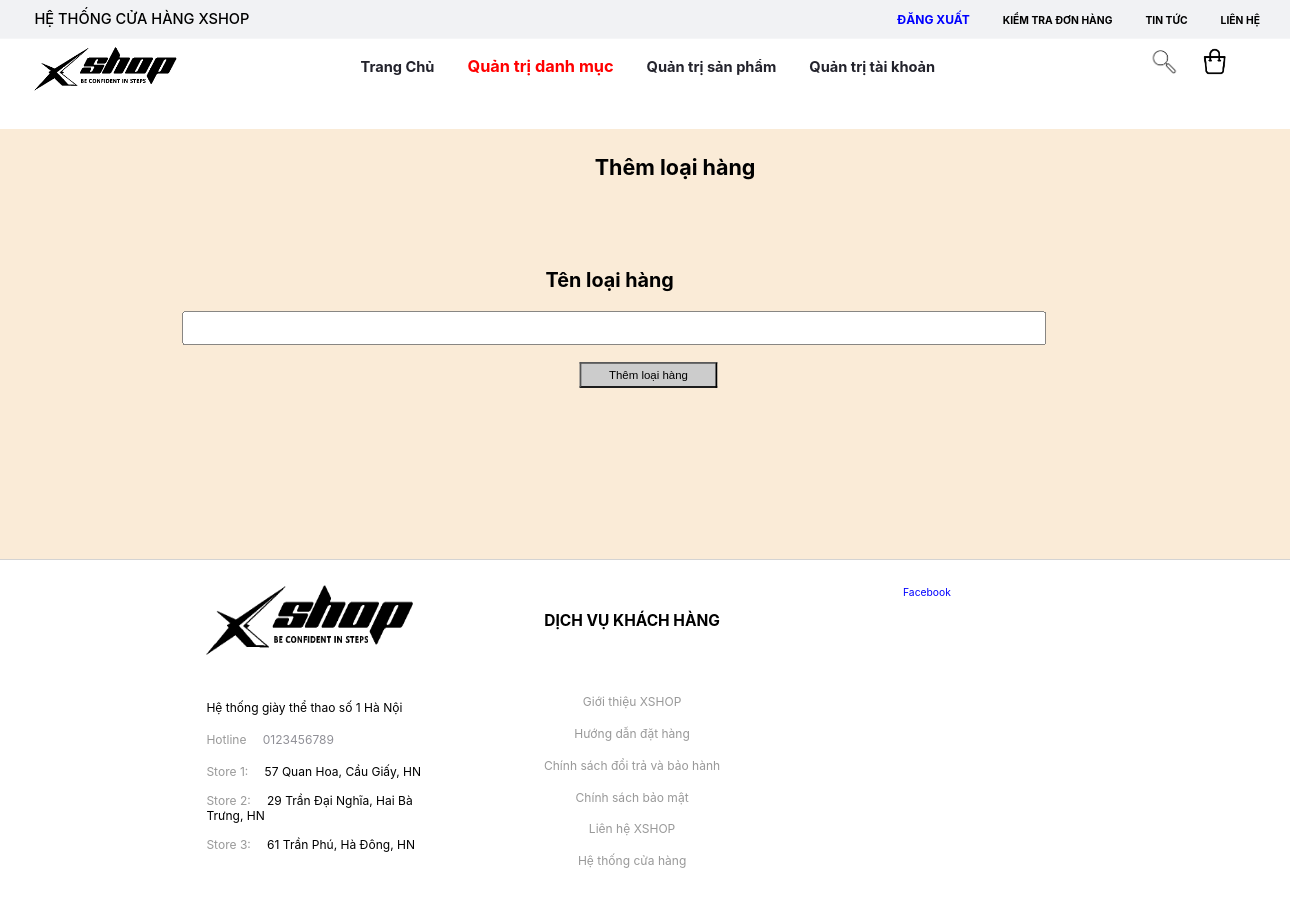
Repository: tienaq123/dam
Page: http://localhost/ass/ad/themdanhmuc.php
An editor plug-in stored every save of this project. The page is shown before and after the next save, followed by the edit.
The browser window is 1280 px wide. The page is 1500 px wide, so the pictures cover 1500 px, including what lies to the right of the window. The pictures show the whole page, at 86% of full size.
The page is run by PHP 8.4 with error messages shown; the project is at /var/www/html/.

Above is the page before, as saved 2021-10-21 03:27:59.

After the next save:
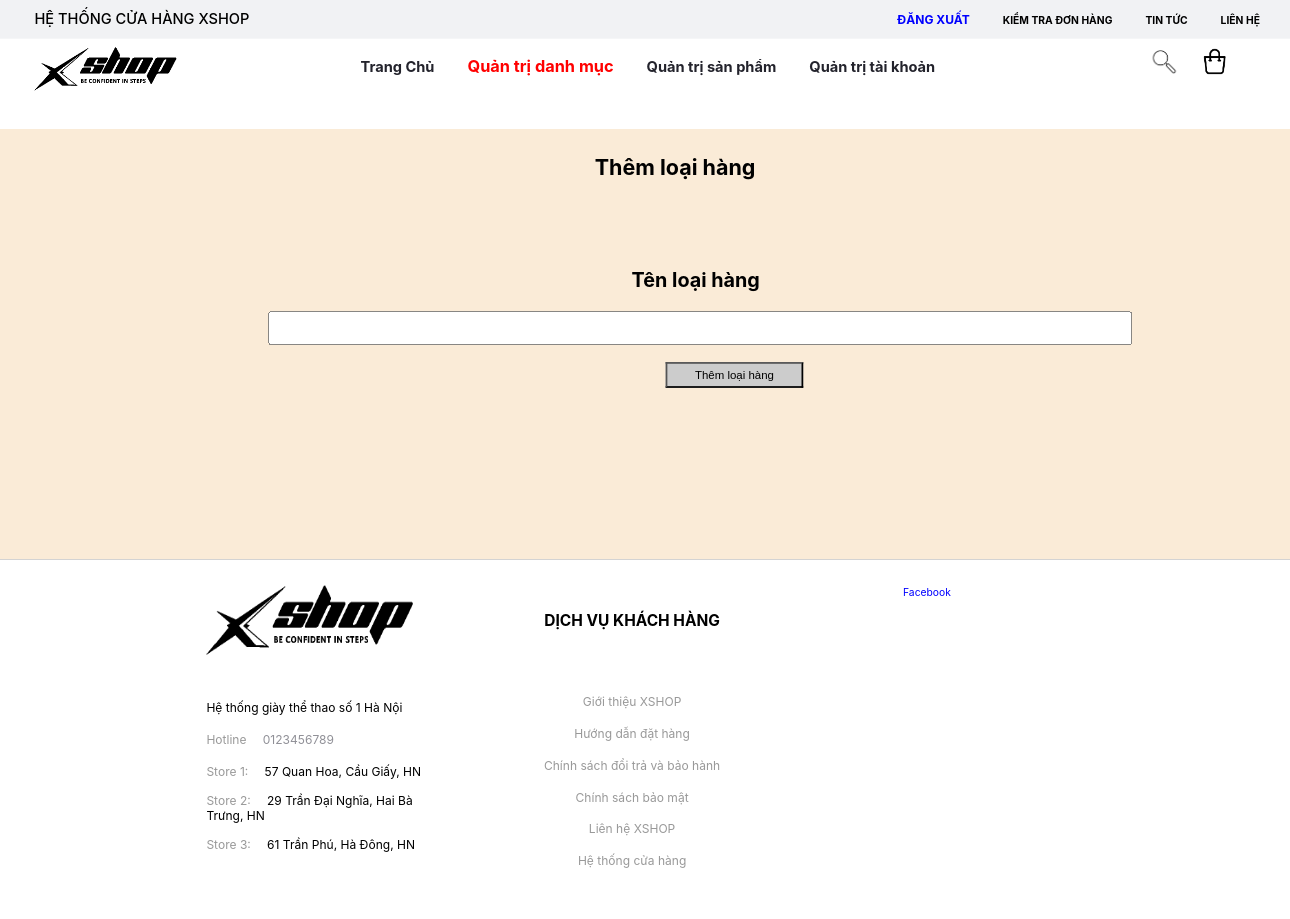
Saved 41 s later.
--- a/ad/themdanhmuc.php
+++ b/ad/themdanhmuc.php
@@ -8,7 +8,11 @@
     <title>Document</title>
     <link rel="stylesheet" href="../css/themdm.css">
 </head>
-
+<style>
+    .main{
+        margin-left: 300px;
+    }
+</style>
 <body>
 
 

After the save that followed:
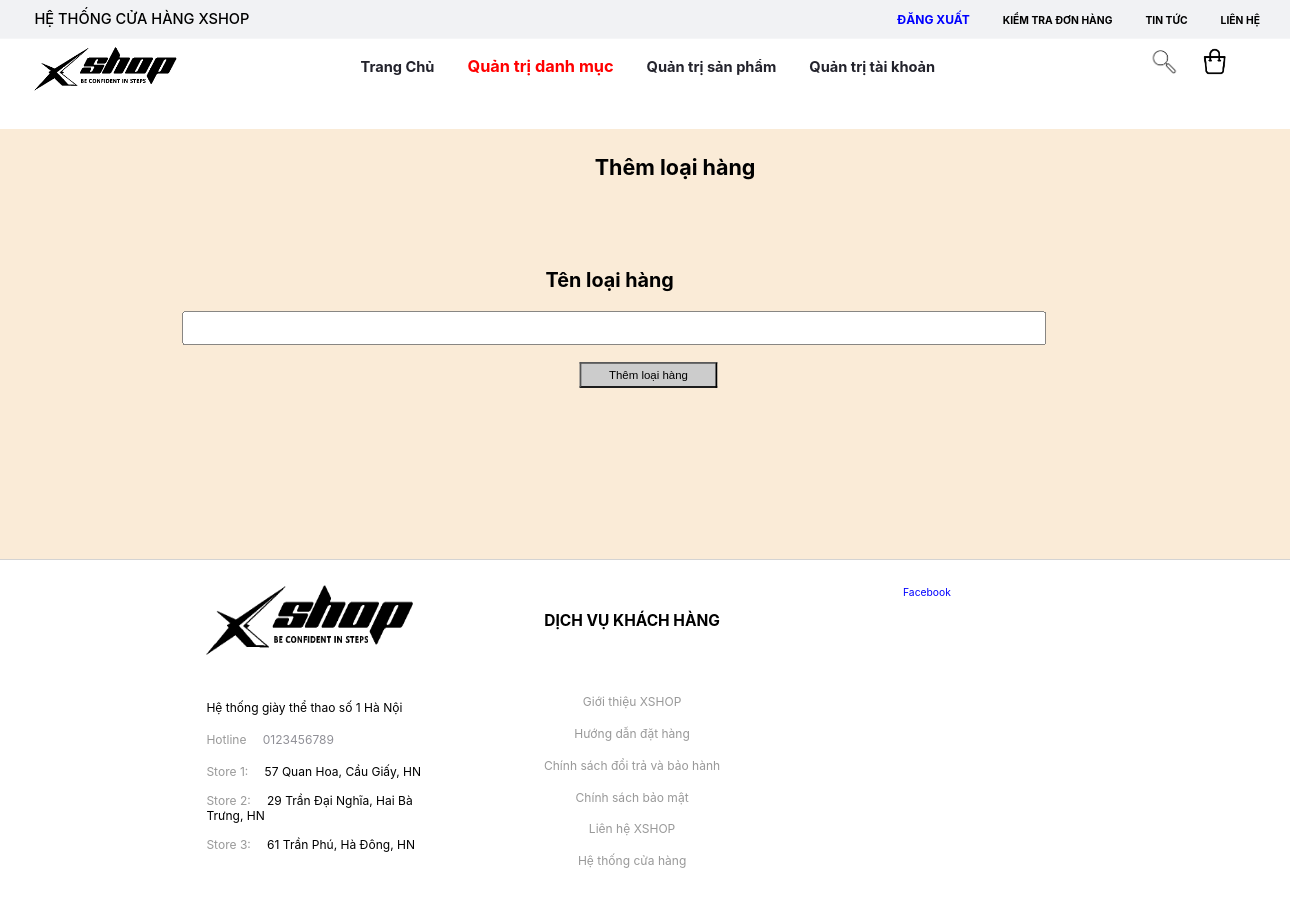
Saved 7 s later.
--- a/ad/themdanhmuc.php
+++ b/ad/themdanhmuc.php
@@ -10,7 +10,7 @@
 </head>
 <style>
     .main{
-        margin-left: 300px;
+        margin-left: 200px;
     }
 </style>
 <body>
